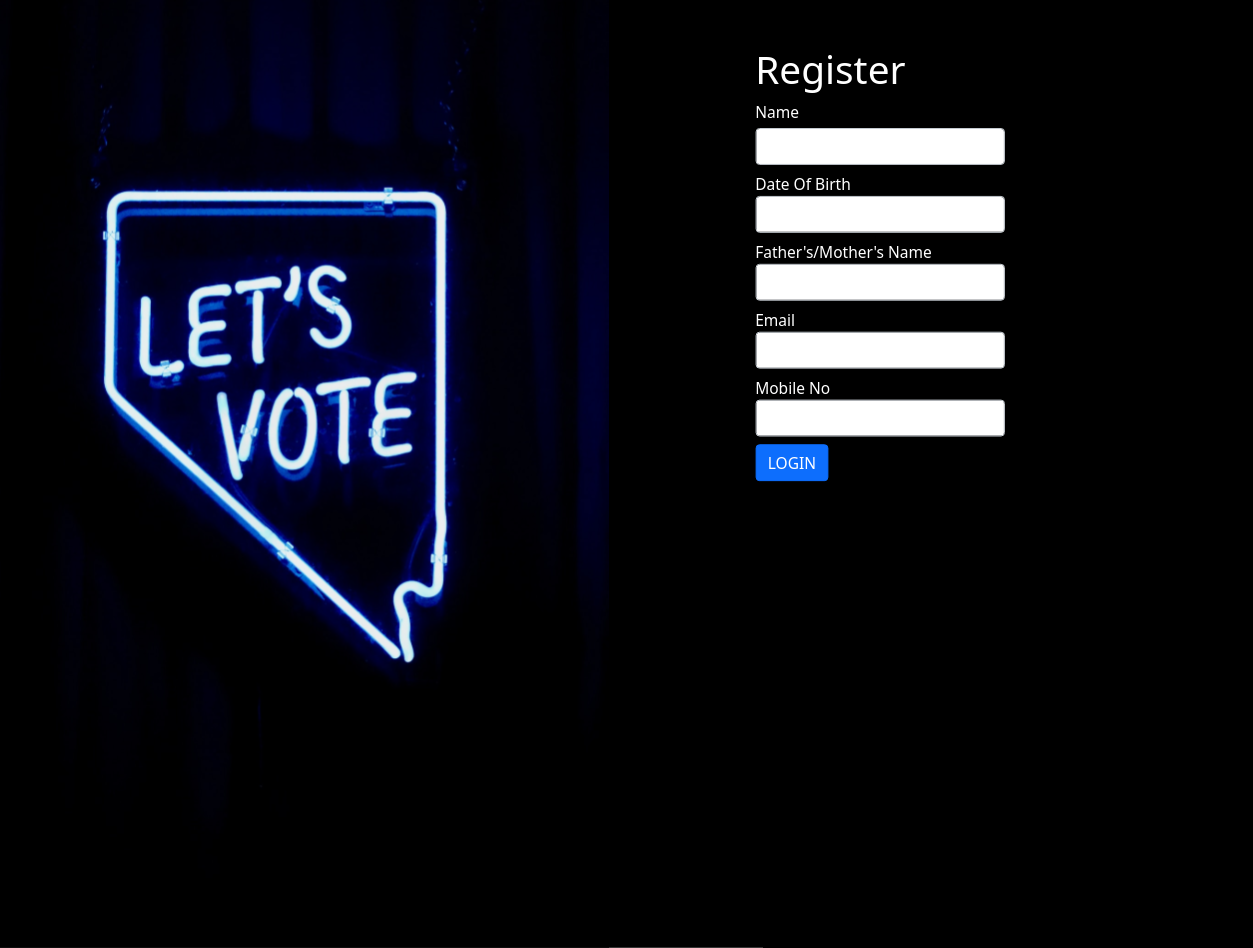
Repository: DavidManiIbrahim/Voting-app
Page: Register.html
The author's editor kept a copy of each file at every save. The page is drawn from the files as they stood at one save, then again after the next save.
The browser window is 1280 px wide. The page is 1292 px wide, so the pictures cover 1292 px, including what lies to the right of the window. The pictures show the whole page, at 97% of full size.

Above is the page before, as saved 2025-01-18 07:54:36.

After the next save:
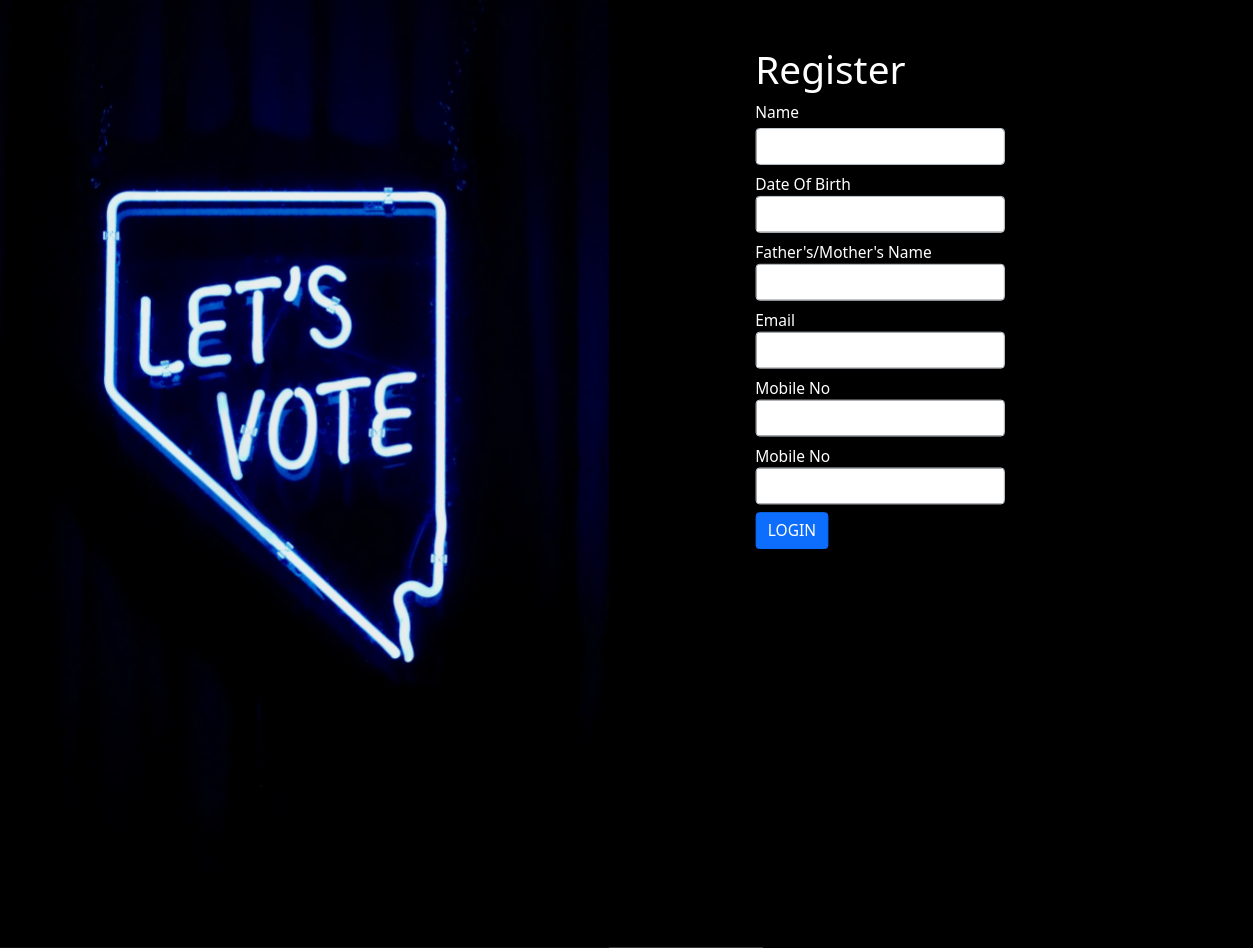
Saved 14 s later.
--- a/Register.html
+++ b/Register.html
@@ -46,6 +46,10 @@
                 <input class="form-control w-100" type="text" class="form-text">
             </label>
             <br>
+            <label class="form-label"" for="mobile-no">Mobile No  <br>
+                <input class="form-control w-100" type="text" class="form-text">
+            </label>
+            <br>
             <button class="btn btn-primary">LOGIN</button>
         </form>
     </div>
